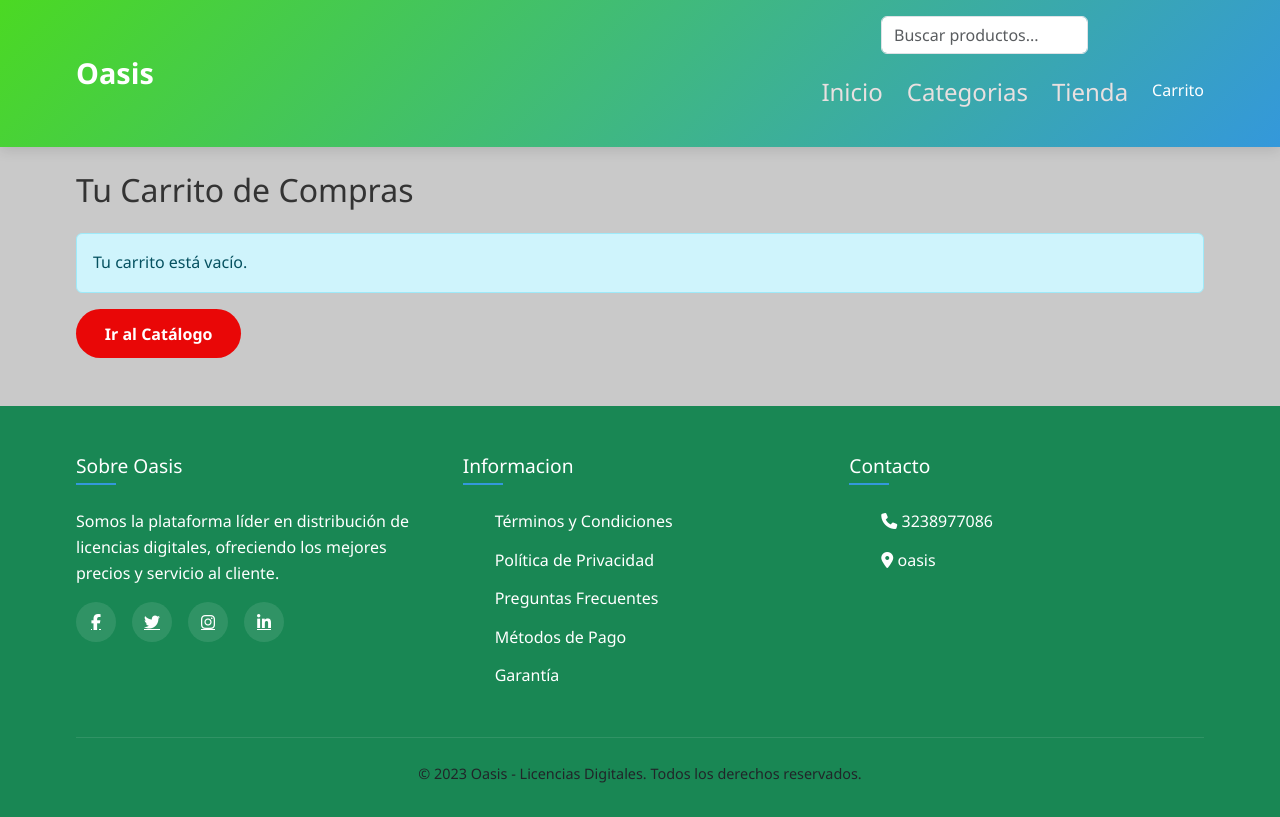
Repository: chicharo2025/oasis
Page: http://localhost/carrito/
These files come from the project's save history. The page is drawn as it stood at one moment and after a run of saves; the edit follows.
The browser window is 1280 px wide. The pictures show the whole page.
The page is served by the project's application, run on Django 5.2 (django_techstore/manage.py).

Above is the page before, as saved 2025-04-21 23:24:36.

After the next 19 saves:
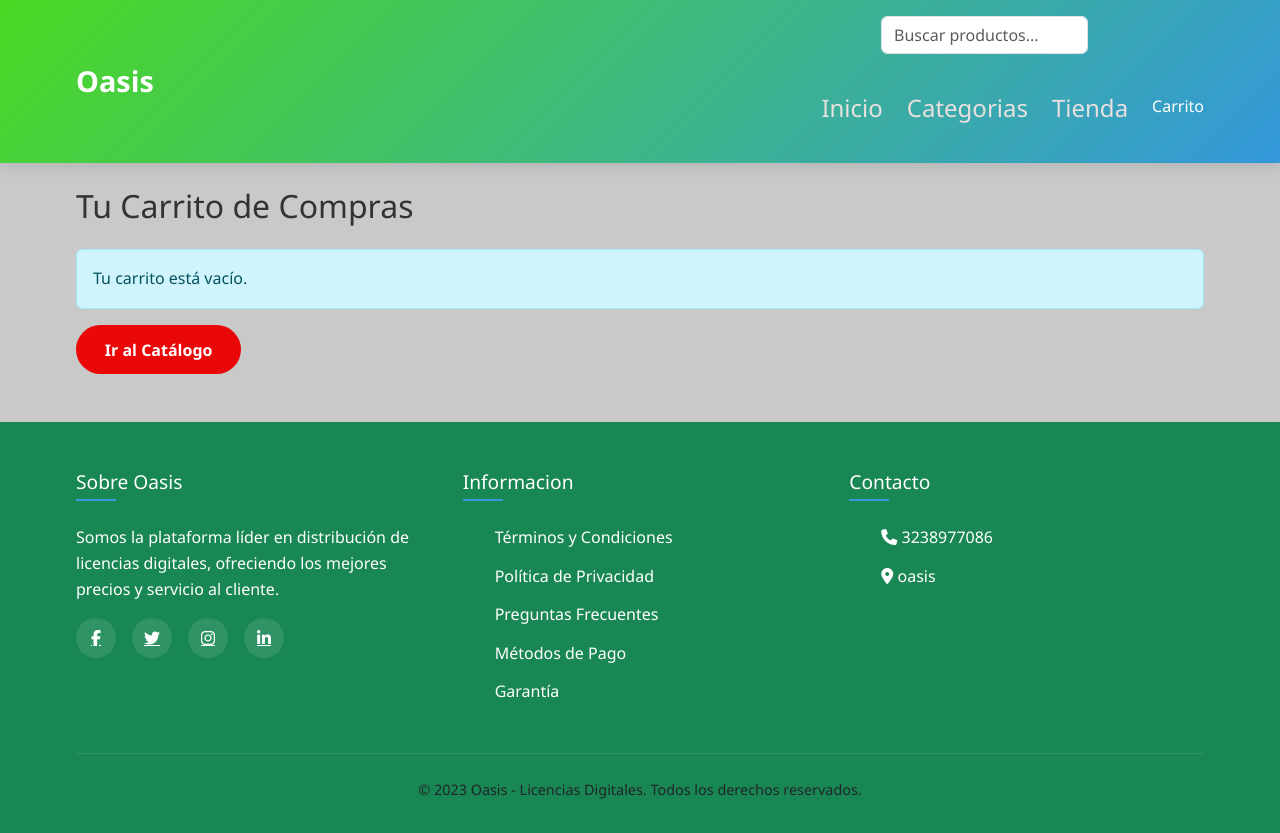
The 19 saves are shown as one change because 4 did not build or start and some came seconds apart.
The last was saved 3 min 29 s later.
--- a/django_techstore/productos/templates/productos/menu.html
+++ b/django_techstore/productos/templates/productos/menu.html
@@ -10,7 +10,7 @@
     <link href="https://cdn.jsdelivr.net/npm/bootstrap@5.3.3/dist/css/bootstrap.min.css" rel="stylesheet">
     <link rel="stylesheet" href="https://cdnjs.cloudflare.com/ajax/libs/font-awesome/6.5.0/css/all.min.css">
     <link rel="stylesheet" href="{% static 'css/styles.css' %}">
-
+    <script src="static/js/buscador.js"></script>
   </head>
   <body>
     <header>
@@ -24,6 +24,7 @@
                         <div class="col-md-6 mx-auto">
                             <input type="text" id="searchInput" class="form-control" placeholder="Buscar productos...">
                             <div id="searchFeedback" class="invalid-feedback"></div>
+                            <div id="searchResults" class="mt-3"></div> <!-- Contenedor para resultados -->
                         </div>
                     </div>
                     <ul>
@@ -47,5 +48,5 @@
     </header>
 </body>
 
-<script src="/static/js/buscador.js"></script>
+
 <script src="https://cdn.jsdelivr.net/npm/bootstrap@5.3.3/dist/js/bootstrap.bundle.min.js"></script>
